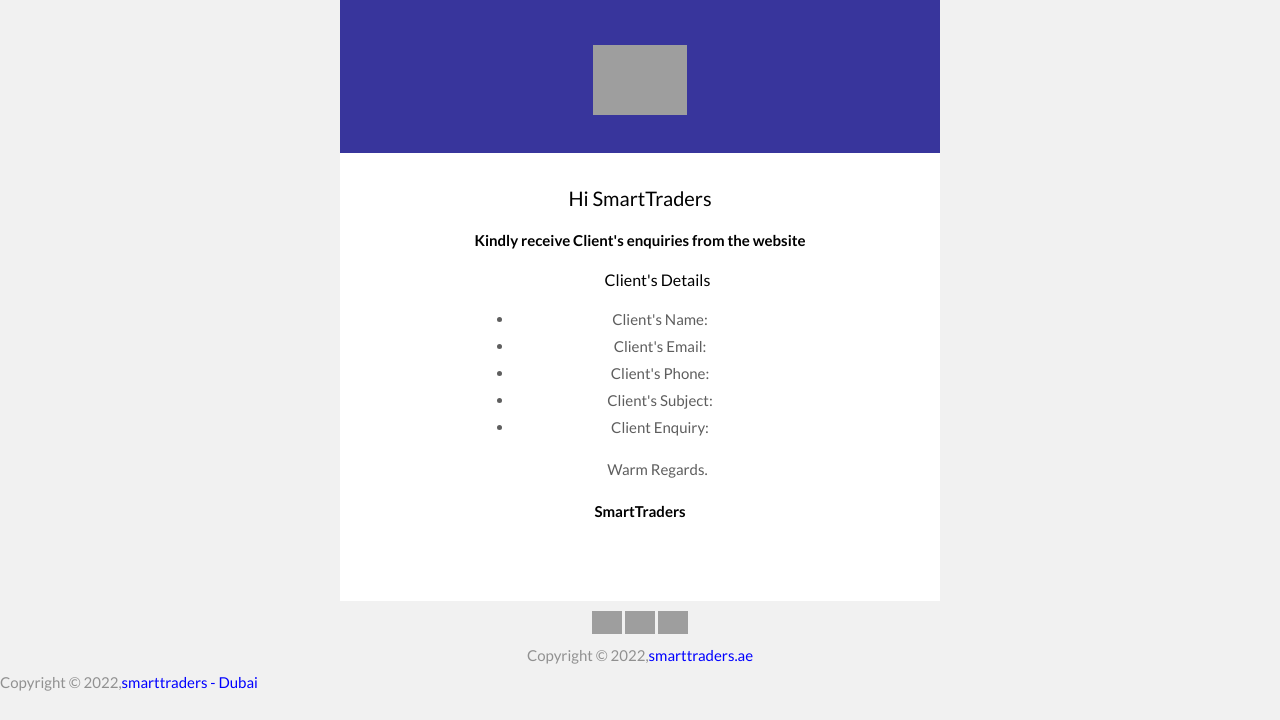
Repository: mussafiri/smarttraders
Page: resources/views/emails/ContactusEmails.blade.php
An editor plug-in stored every save of this project. The page is shown before and after the next save, followed by the edit.
The browser window is 1280 px wide. The pictures show the whole page.
Pictures or frames that could not be fetched are drawn as grey boxes. The page is served by the project's Laravel application, run on PHP 8.4 with Laravel 9. The template is opened directly, without the code that normally fills it, so the values that code supplies are empty.

Above is the page before, as saved 2022-09-30 07:32:19.

After the next save:
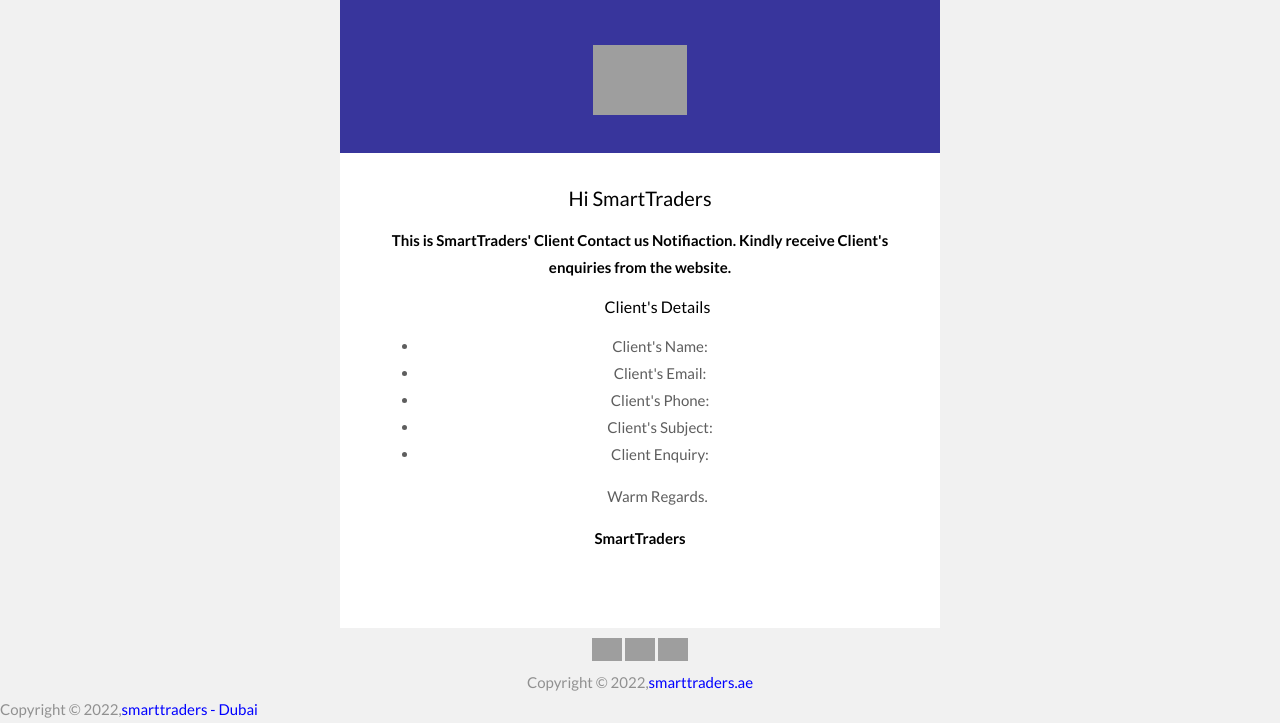
Saved 108 s later.
--- a/resources/views/emails/ContactusEmails.blade.php
+++ b/resources/views/emails/ContactusEmails.blade.php
@@ -328,7 +328,7 @@ ul.social li{
                             <td style="text-align: center" align="center">
                                 <div class="text" style="padding: 0 2.5em; text-align: center;" align="center">
                                     <h2 style="text-align: center">Hi SmartTraders</h2>
-                                    <p style="text-align: center"><b>Kindly receive Client's enquiries from the website</b></p>
+                                    <p style="text-align: center"><b>This is SmartTraders' Client Contact us Notifiaction. Kindly receive Client's enquiries from the website.</b></p>
 
                                     <h2 style="font-size:medium;margin-left:35px;">Client's Details</h2>
                                      <ul style="color: #5e5e5e;">
